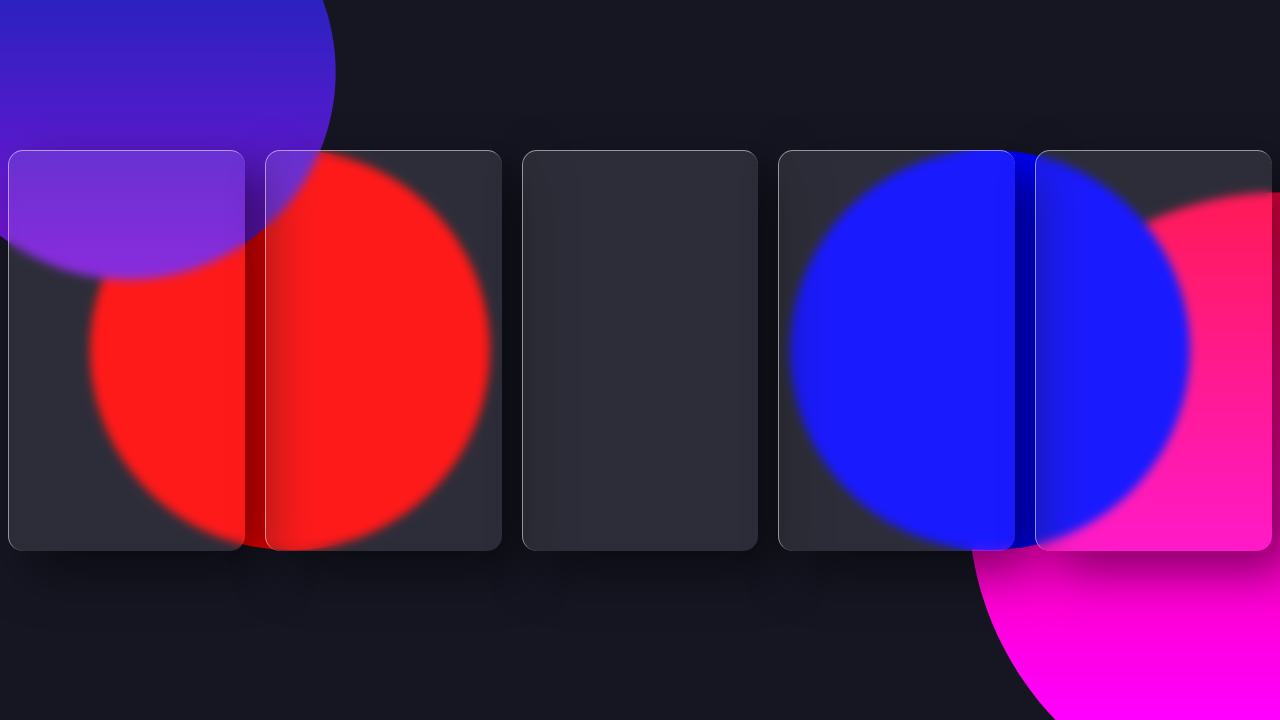
Repository: dovanluyen1996/Test-Git-PR
Page: index.html
These files come from the project's save history. The page is drawn as it stood at one moment and after the next save; the edit follows.
The browser window is 1280 px wide. The pictures show the whole page.

Above is the page before, as saved 2021-09-07 00:30:31.

After the next save:
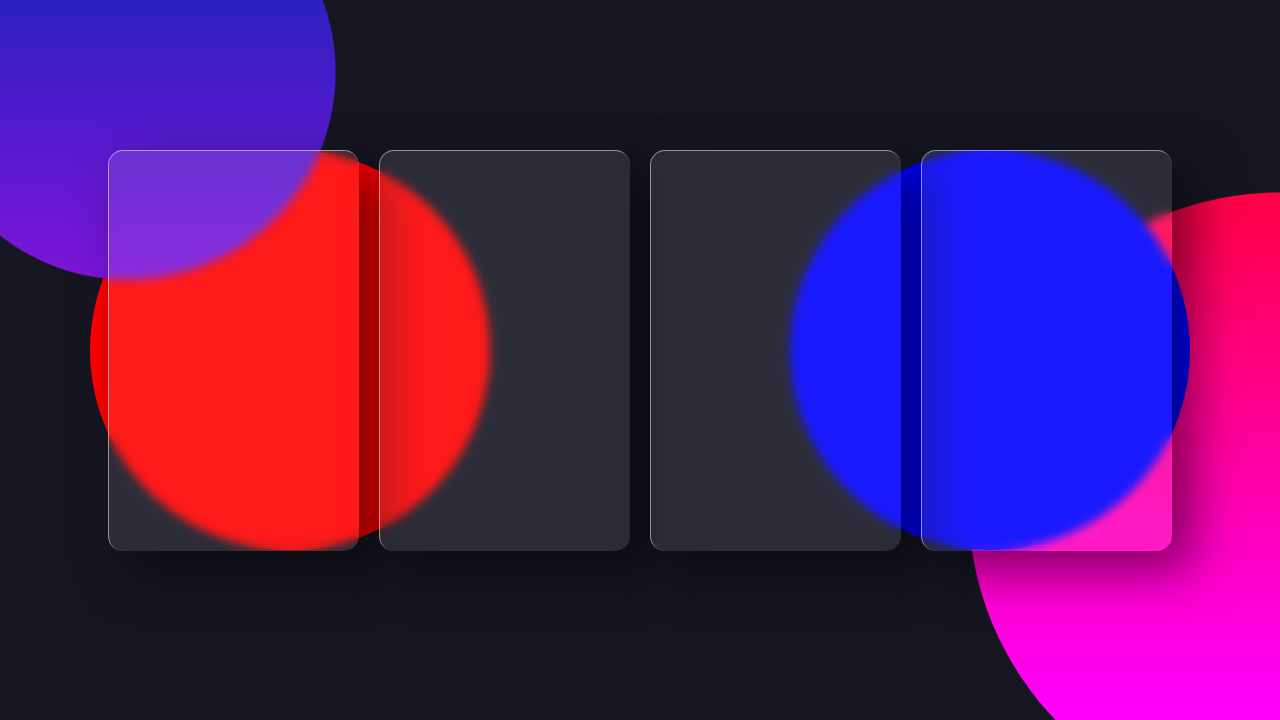
Saved 41 s later.
--- a/index.html
+++ b/index.html
@@ -62,18 +62,6 @@
           <a href="javascript:void(0)">Click Me</a>
         </div>
       </div>
-      <div class="item-center">
-        <div class="content">
-          <h2>Card Item</h2>
-          <p class="text">
-            Lorem ipsum dolor sit amet consectetur adipisicing elit. Minima
-            corporis rem illum exercitationem architecto veritatis alias nam.
-            Excepturi aliquam doloremque minus quibusdam sed, libero quia amet,
-            officia rerum sequi expedita!
-          </p>
-          <a href="javascript:void(0)">Click Me</a>
-        </div>
-      </div>
     </div>
 
     <script type="text/javascript" src="js/vanilla-tilt.js"></script>

After the save that followed:
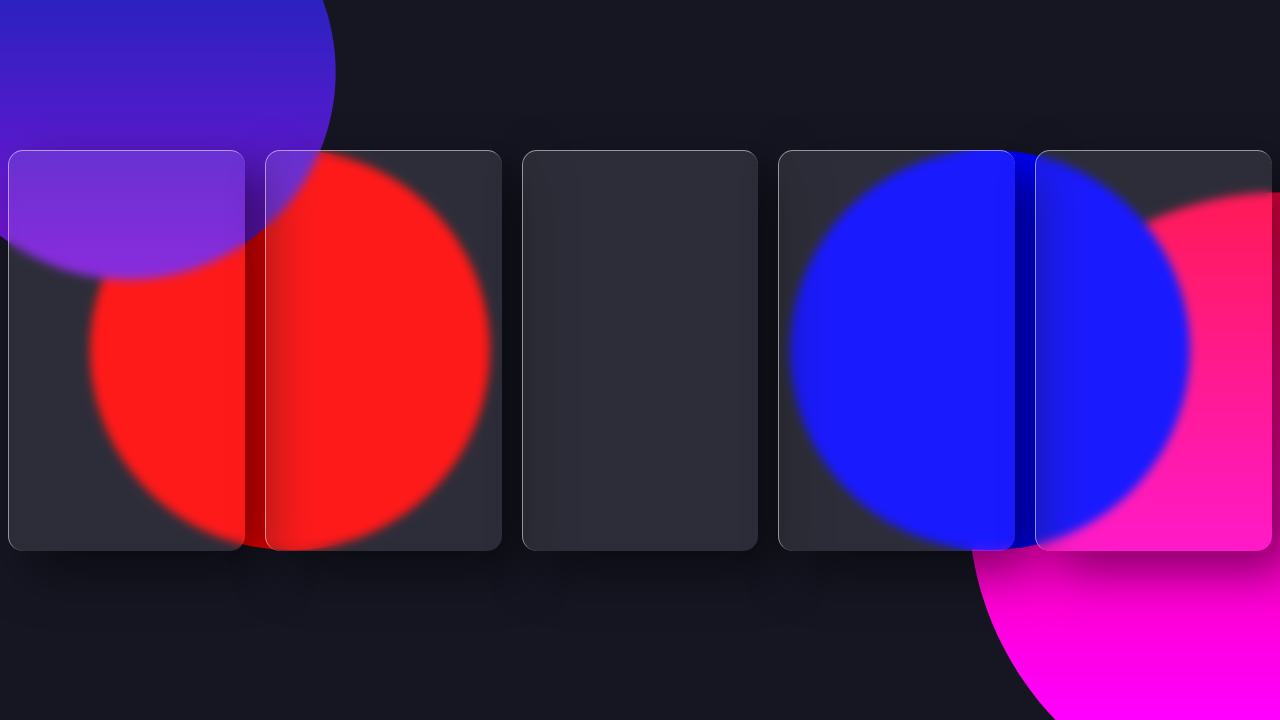
Saved 23 s later.
--- a/index.html
+++ b/index.html
@@ -62,6 +62,18 @@
           <a href="javascript:void(0)">Click Me</a>
         </div>
       </div>
+      <div class="item-center">
+        <div class="content">
+          <h2>Card Item</h2>
+          <p class="text">
+            Lorem ipsum dolor sit amet consectetur adipisicing elit. Minima
+            corporis rem illum exercitationem architecto veritatis alias nam.
+            Excepturi aliquam doloremque minus quibusdam sed, libero quia amet,
+            officia rerum sequi expedita!
+          </p>
+          <a href="javascript:void(0)">Click Me</a>
+        </div>
+      </div>
     </div>
 
     <script type="text/javascript" src="js/vanilla-tilt.js"></script>
@@ -69,6 +81,8 @@
       VanillaTilt.init(document.querySelector(".item-center"), {
         max: 25,
         speed: 400,
+        glare: true,
+        "max-glare": 1,
       });
     </script>
   </body>
